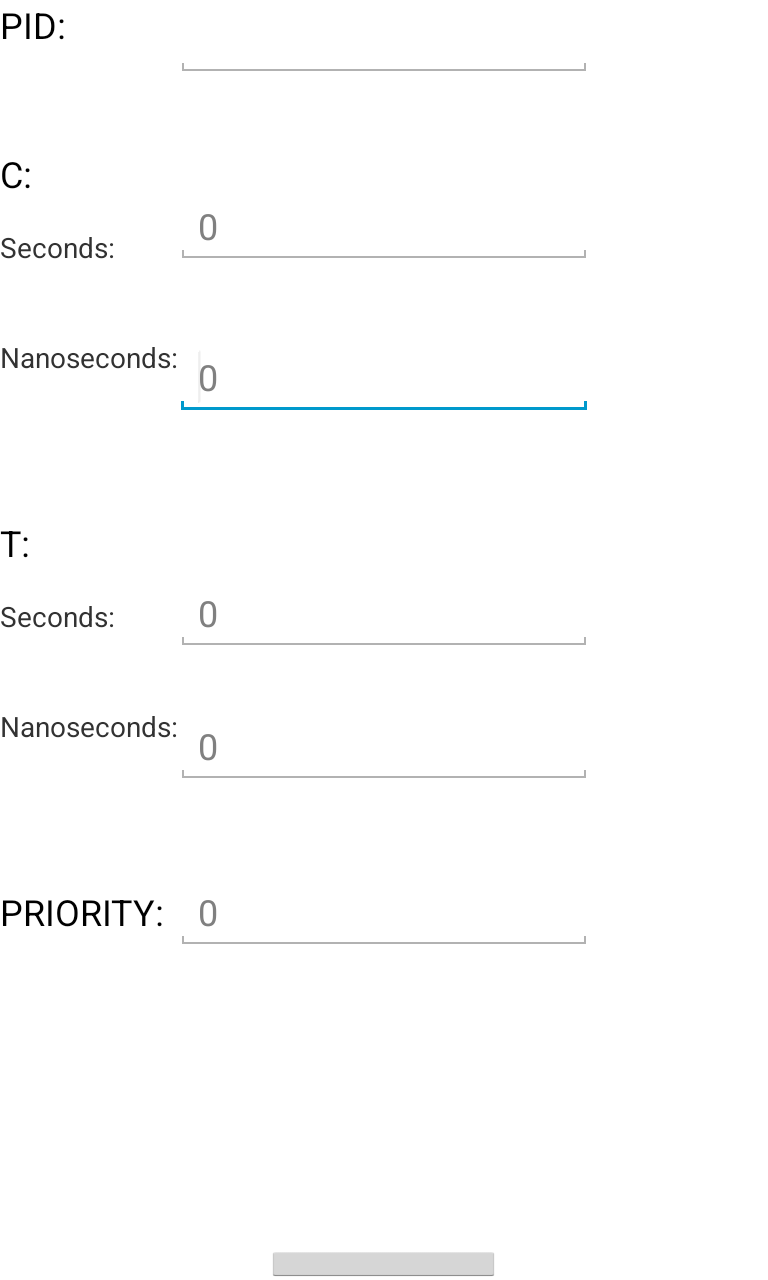
Repository: ankitC/taskmon
Layout: taskmon/res/layout/activity_set_reserve.xml
These files come from the project's save history. The layout is drawn as it stood at one moment and after the next save; the edit follows.
It is drawn on a 768 x 1280 px phone screen (xhdpi) without system bars, with theme AppTheme; the app's code is not run.

Above is the layout before, as saved 2013-10-07 21:47:34.

After the next save:
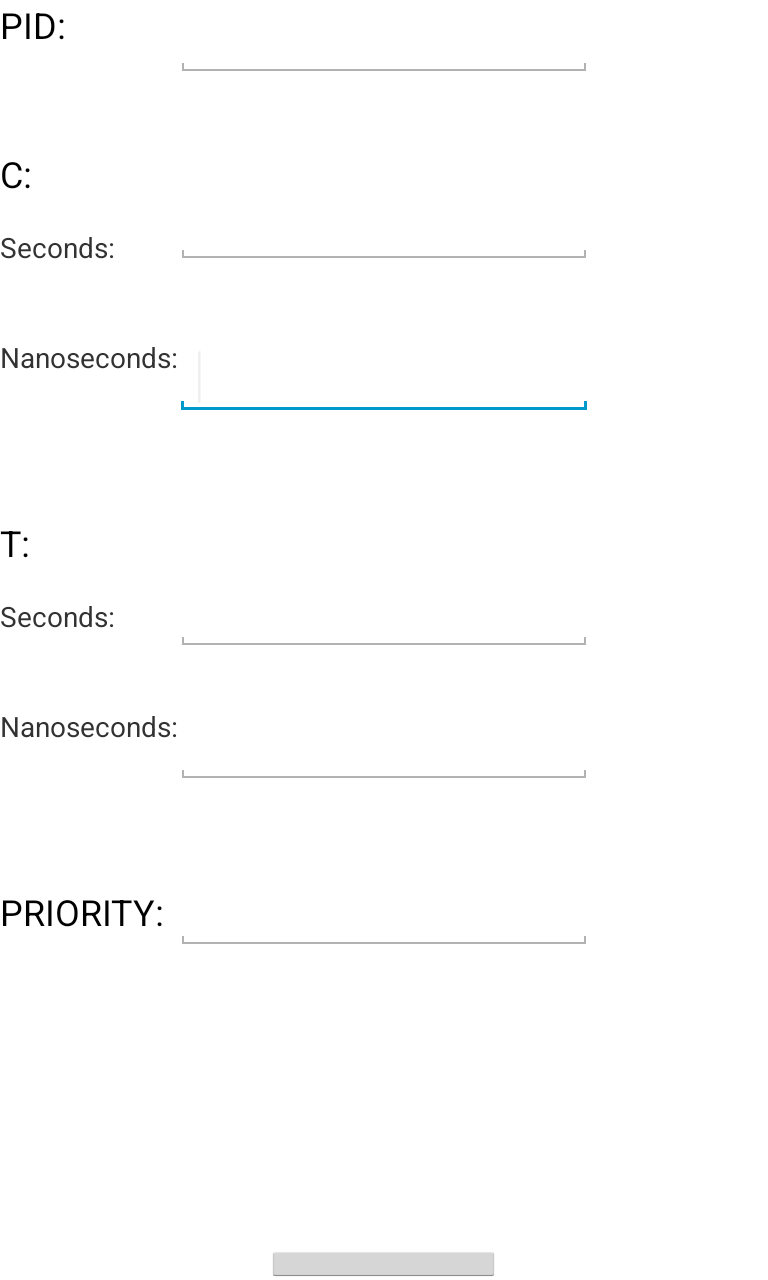
Saved 78 s later.
--- a/taskmon/res/layout/activity_set_reserve.xml
+++ b/taskmon/res/layout/activity_set_reserve.xml
@@ -93,7 +93,6 @@
         android:layout_alignBottom="@+id/textView5"
         android:layout_alignLeft="@+id/pidInputSet"
         android:ems="10"
-        android:hint="0"
         android:inputType="numberDecimal" />
 
     <EditText
@@ -103,7 +102,6 @@
         android:layout_alignLeft="@+id/inputCSeconds"
         android:layout_alignTop="@+id/textView6"
         android:ems="10"
-        android:hint="0"
         android:inputType="numberDecimal" >
 
         <requestFocus />
@@ -117,7 +115,6 @@
         android:layout_alignBottom="@+id/textView7"
         android:layout_alignLeft="@+id/inputCns"
         android:ems="10"
-        android:hint="0"
         android:inputType="numberDecimal" />
 
     <EditText
@@ -127,7 +124,6 @@
         android:layout_alignLeft="@+id/inputTSeconds"
         android:layout_alignTop="@+id/textView8"
         android:ems="10"
-        android:hint="0"
         android:inputType="numberDecimal" />
 
     <EditText
@@ -138,7 +134,6 @@
         android:layout_alignBottom="@+id/textView4"
         android:layout_alignLeft="@+id/inputTns"
         android:ems="10"
-        android:hint="0"
         android:inputType="numberDecimal" />
 
     <Button
